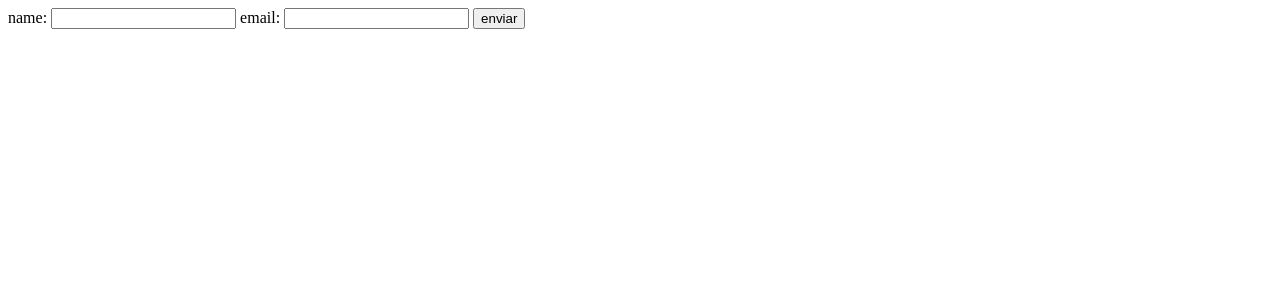
Repository: ygohamon/Java-Projeto-Ygohamon
Page: agenda-contato/WebContent/index.html
These files come from the project's save history. The page is drawn as it stood at one moment and after the next save; the edit follows.
The browser window is 1280 px wide. The pictures show the whole page.

Above is the page before, as saved 2017-10-24 23:25:50.

### agenda-contato/WebContent/index.html
<!DOCTYPE html>
<html>
<head>
<meta charset="ISO-8859-1">
<title>Primeiro Projeto</title>
</head>
<body>
<form action="CadastroContato" method="post">
	name: <input type="text" name="nome" id="nome">
	email: <input type="text" name="email" id="email">
	<input type="submit" title="enviar" value="enviar">

</form>
</body>
</html>

After the next save:
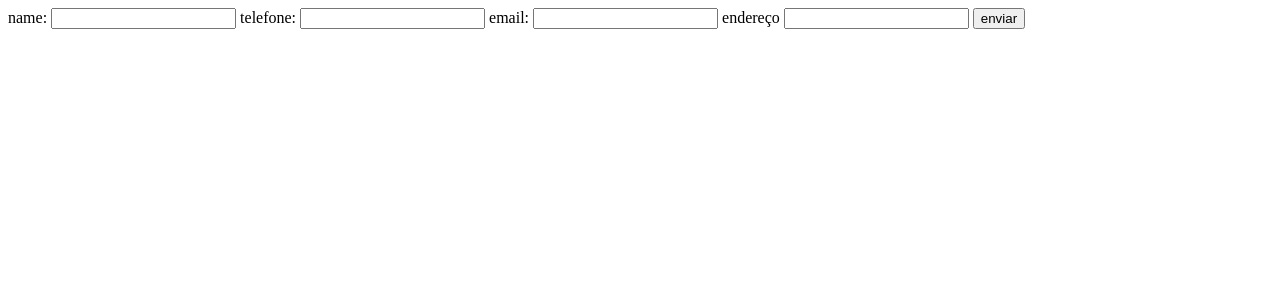
Saved 20 min 49 s later.
--- a/agenda-contato/WebContent/index.html
+++ b/agenda-contato/WebContent/index.html
@@ -7,7 +7,9 @@
 <body>
 <form action="CadastroContato" method="post">
 	name: <input type="text" name="nome" id="nome">
+	telefone: <input type="text" name="telefone" id="telefone">
 	email: <input type="text" name="email" id="email">
+	endereço <input type="text" name="endereco" id="endereco">
 	<input type="submit" title="enviar" value="enviar">
 
 </form>
